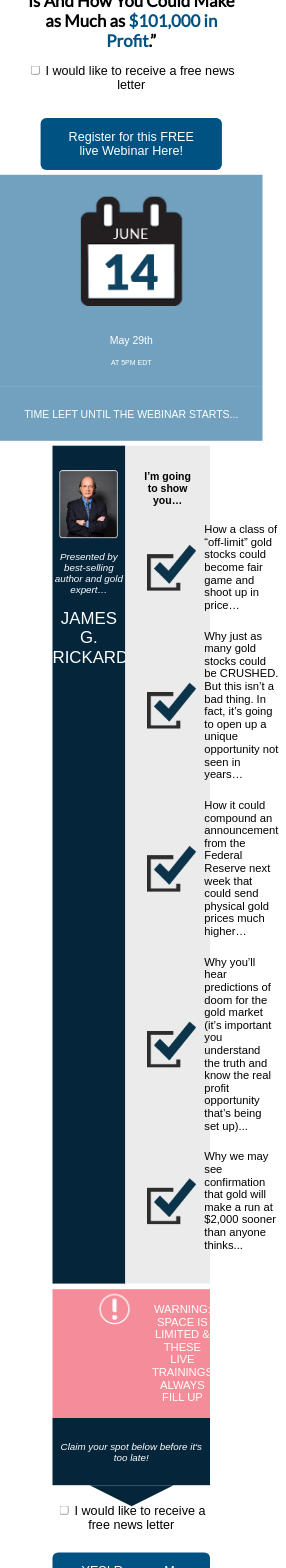
Repository: KrystellBarraza/Test
Page: index.html
The author's editor kept a copy of each file at every save. The page is drawn from the files as they stood at one save, then again after the next save.
The browser window is 375 px wide. The page is 409 px wide, so the pictures cover 409 px, including what lies to the right of the window. The pictures show the part of the page from y = 424 to 2664 px (the page is 2752 px tall before and 2763 px after), at 70% of full size.

Above is the page before, as saved 2019-10-07 10:52:17.

After the next save:
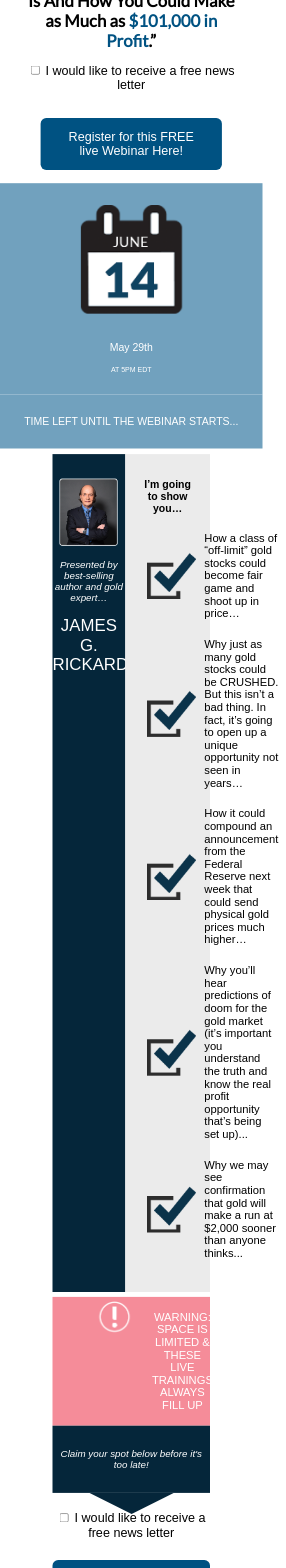
Saved 29 s later.
--- a/style.css
+++ b/style.css
@@ -158,7 +158,7 @@
         grid-column-gap: 20px;
         padding-left: 0%;
         padding-right: 0%;
-        padding-top: 2%;
+        padding-top: 5%;
         grid-template-areas:
         "l l l l l l l l l l l l"
         "l l l l l l l l l l l l"
